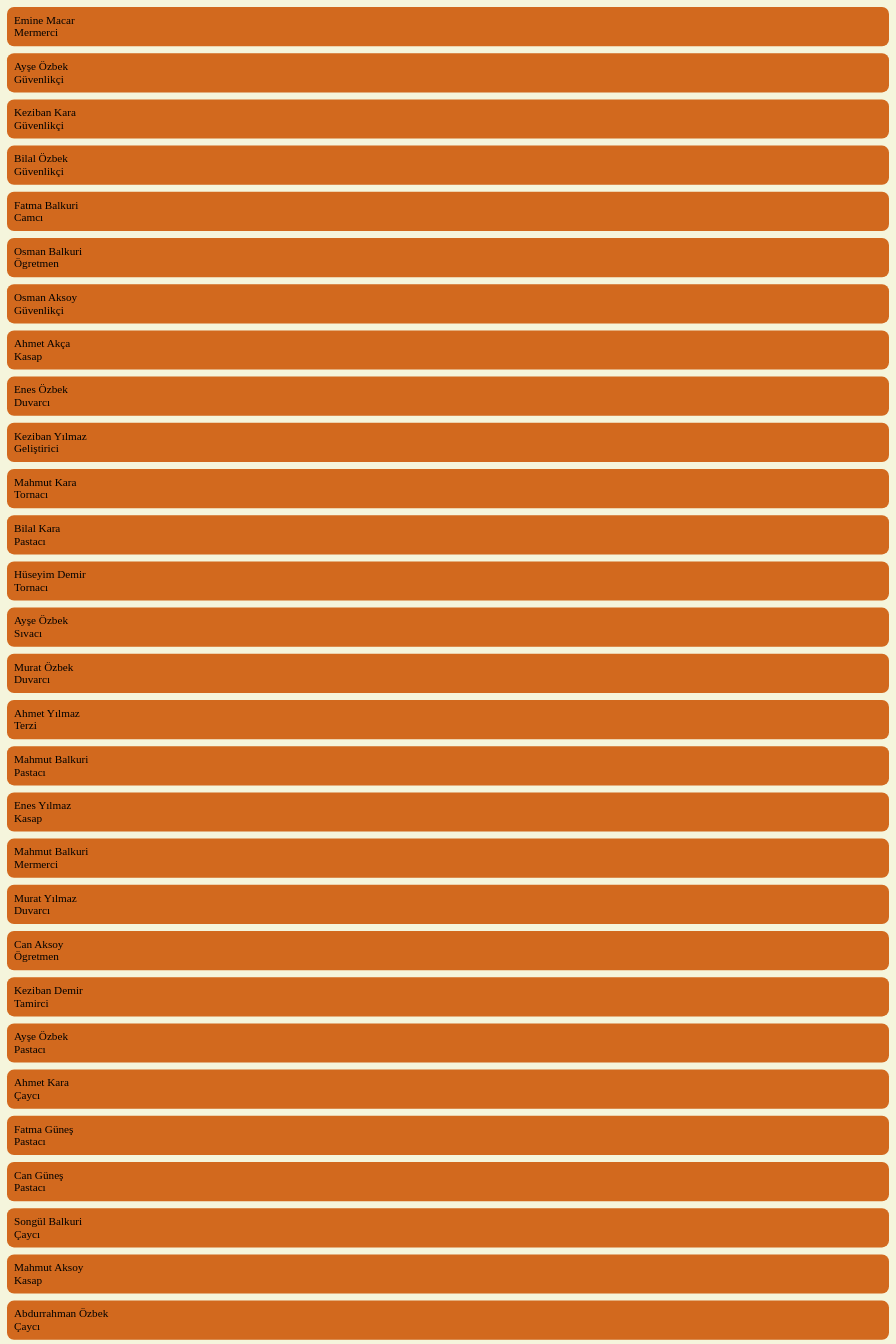
Repository: Sonvatan/S-f-rdan-geli-tirici-olmak-hafta-6
Page: İndex.html
These files come from the project's save history. The page is drawn as it stood at one moment and after the next save; the edit follows.
The browser window is 1280 px wide. The pictures show the part of the page from y = 0 to 1920 px (the page is 5148 px tall before and 5382 px after), at 70% of full size.

Above is the page before, as saved 2024-02-01 23:40:58.

After the next save:
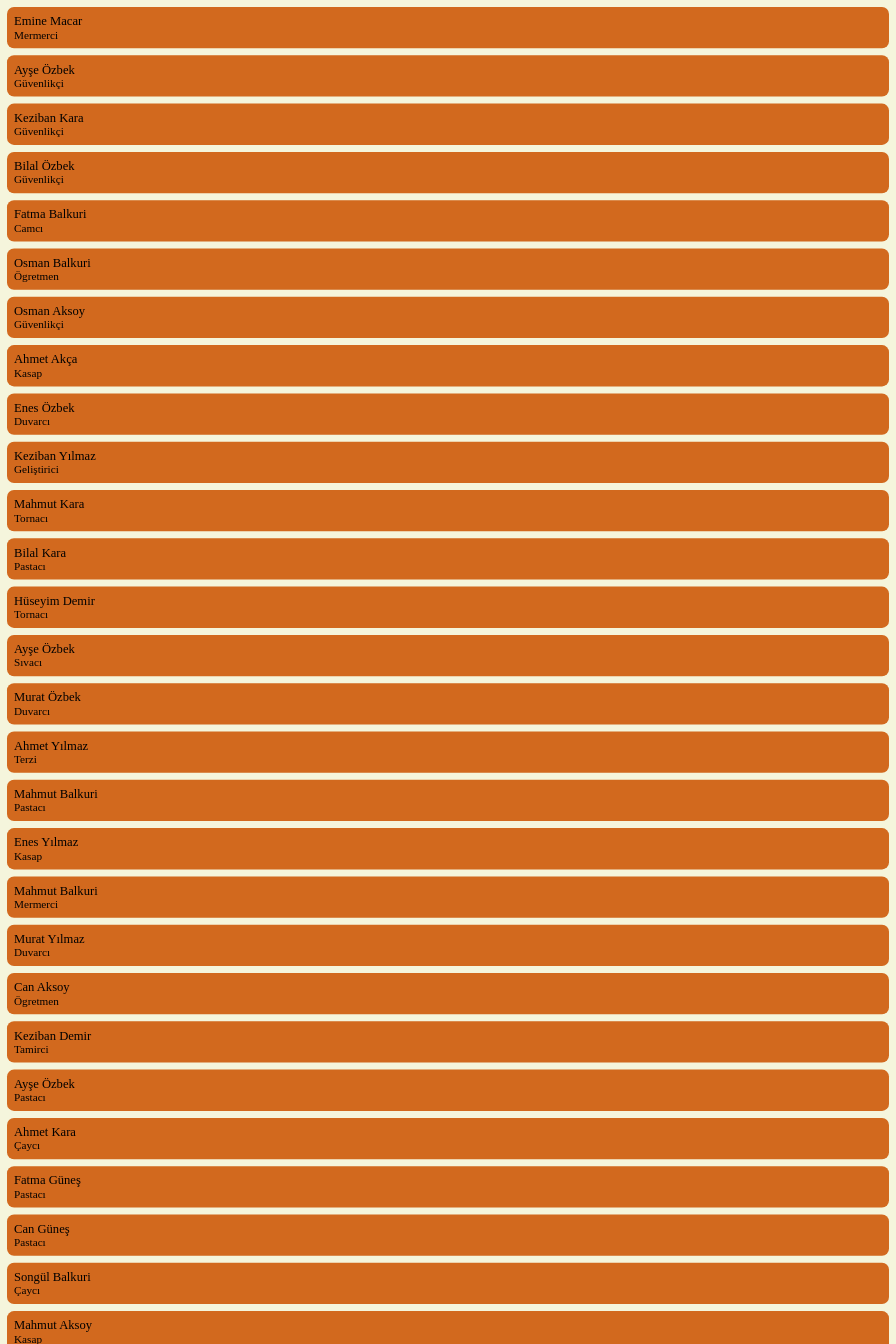
Saved 10 min 54 s later.
--- a/İndex.html
+++ b/İndex.html
@@ -20,8 +20,15 @@
                 padding: 10px;
                 margin: 10px;
             }
+            .person > .title {
+                font-size: 18px;
+            }
+
+            .person > .job {
+
+            }
         </style>
-
+    </head>
     <body>
         <div id = "root"></div>
 
@@ -112,14 +119,13 @@
             const containerDiv = document.getElementById("root");
             data.forEach((item,index) => {
                 containerDiv.innerHTML += `<div id="${item.id}" class="person person-${index}">
-                    <span>${item.title}</span>
-                    <span>${item.job}</span>
+                    <span class="title">${item.title}</span>
+                    <span class= "job">${item.job}</span>
 
                 </div>`;
 
             });
 
        </script>
-    </head>
     </body>
 </html>
